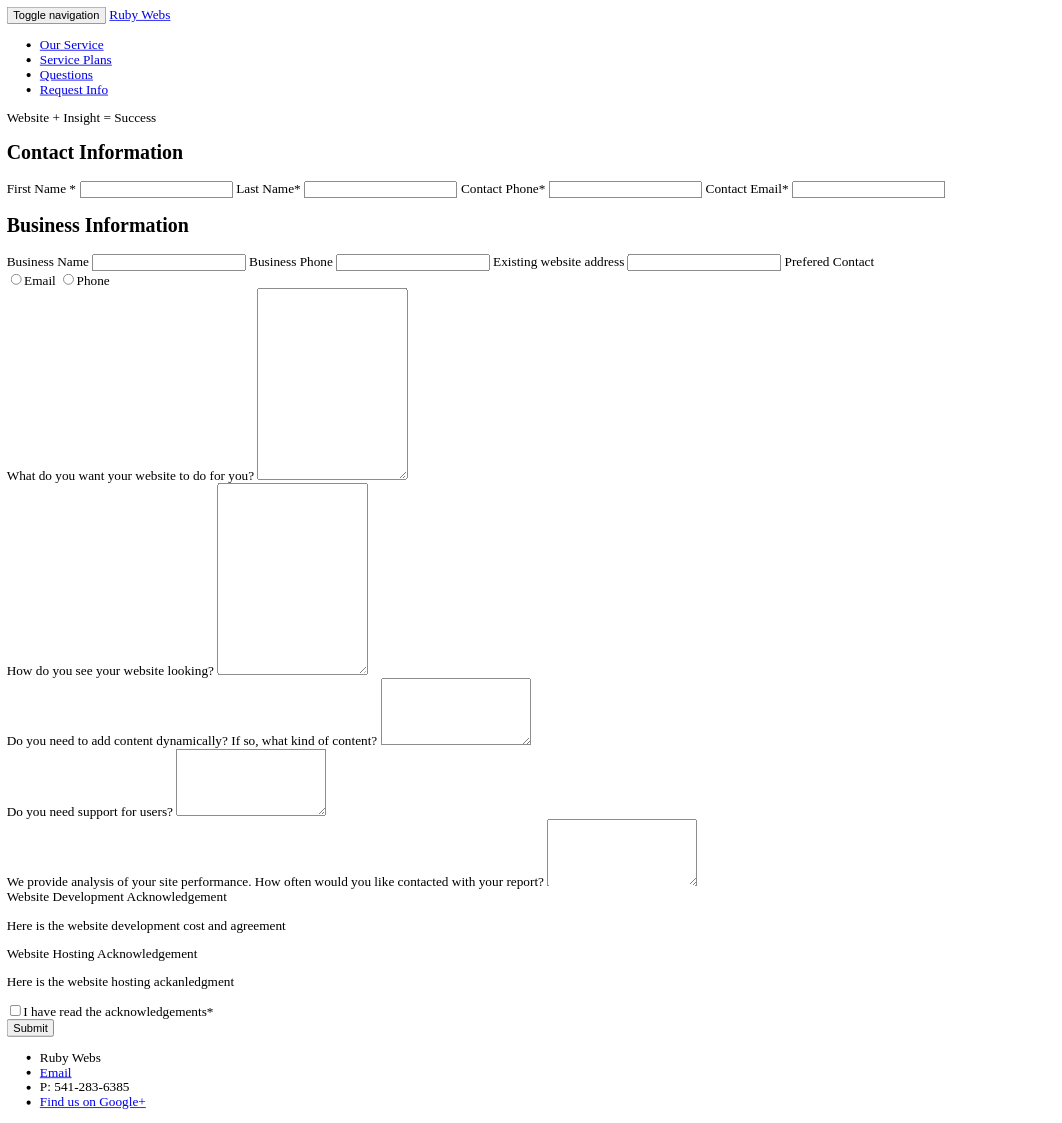
Repository: nlblunt/rubywebs
Page: app/assets/javascripts/html/request.html
The author's editor kept a record of every edit. The page is drawn from the files as they stood at one moment, then again after the next edit.
The browser window is 1280 px wide. The pictures show the whole page, at 83% of full size.

Above is the page before.

### app/assets/javascripts/html/request.html
<div class="container-fluid">
    <div class="row">
        <header>
            <nav class="navbar navbar-inverse">
                <div class="navbar-header">
                    <button type="button" class="navbar-toggle collapsed" data-toggle="collapse" data-target="#navbar-collapse-1">
                        <span class="sr-only">Toggle navigation</span>
                        <span class="icon-bar"></span>
                        <span class="icon-bar"></span>
                        <span class="icon-bar"></span>
                    </button>
                    <a id="navbar-brand-ruby" class="navbar-brand" href="/#!/">Ruby Webs</a>
                </div>

                <div class="collapse navbar-collapse" id="navbar-collapse-1">
                    <ul class="nav navbar-nav">
                        <li><a href="#">Our Service</a></li>
                        <li><a href="#">Service Plans</a></li>
                        <li><a href="#">Questions</a></li>
                        <li><a href="/#!/request">Request Info</a></li>
                    </ul>

                    <p id="slogan" class="text-ruby navbar-text pull-right">Website + Insight = Success</p>
                </div>
            </nav>
        </header>
    </div>

    <div class="content">
      <form name="contactUs">
        <div class="row">
          <div class="col-sm-6">
            <div class="form-group">
               <h2>Contact Information</h2>
               <label>First Name </label><span class="required">*</span>
               <input type="text" class="form-control" ng-model="contact.first_name" required>
               <label>Last Name</label><span class="required">*</span>
               <input type="text" class="form-control" ng-model="contact.last_name" required>
               <label>Contact Phone</label><span class="required">*</span>
               <input type="tel" class="form-control" ng-model="contact.phone" required>
               <label>Contact Email</label><span class="required">*</span>
               <input type="email" class="form-control" ng-model="contact.email" required>
            </div>
          </div>

        <div class="col-sm-6">
            <div class="form-group">
                <h2>Business Information</h2>
                <label>Business Name</label>
                <input type="text" class="form-control" ng-model="contact.business_name">
                <label>Business Phone</label>
                <input type="tel" class="form-control" ng-model="contact.business_phone">
                <label>Existing website address</label>
                <input type="text" class="form-control" ng-model="contact.business_website">
                <label>Prefered Contact</label>
                <div class="radio">
                    <label>
                        <input type="radio" name="prefcontact" value="email" ng-model="contact.prefcontact">Email
                    </label>
                    <label>
                        <input type="radio" name="prefcontact" value="phone" ng-model="contact.prefcontact">Phone
                    </label>
                </div>
            </div>
        </div>
        </div>

        <div class="row row-spacer"></div>

        <div class="row">
            <div class="col-sm-6">
                <label>What do you want your website to do for you?</label>
                <textarea class="form-control" ng-model="contact.what_it_does" rows="15"></textarea>
            </div>

            <div class ="col-sm-6">
                <label>How do you see your website looking?</label>
                <textarea class="form-control" ng-model="contact.site_layout" rows="15"></textarea>
            </div>
        </div>

        <div class="row row-spacer"></div>

        <div class="row">
          <div class="col-sm-4">
              <label>Do you need to add content dynamically?  If so, what kind of content?</label>
              <textarea class="form-control" ng-model="contact.dynamic" rows="5"></textarea>
          </div>

          <div class="col-sm-4">
              <label>Do you need support for users?</label>
              <textarea class="form-control" ng-model="contact.users" rows="5"></textarea>
          </div>

          <div class="col-sm-4">
              <label>We provide analysis of your site performance.  How often would you like contacted with your report?</label>
              <textarea class="form-control" ng-model="contact.analysis" rows="5"></textarea>
          </div>
        </div>

         <div class="row">
              <div class="col-sm-12">
                  <label>Website Development Acknowledgement</label>
                  <p>Here is the website development cost and agreement</p>

                  <label>Website Hosting Acknowledgement</label>
                  <p>Here is the website hosting ackanledgment</p>

                  <div class="checkbox">
                      <label><input type="checkbox" ng-model="contact.ack" required>I have read the acknowledgements</label><span class="required">*</span>
                  </div>

                  <button type="submit" class="btn btn-default" ng-disabled="contactUs.$invalid" ng-click="submit_contact()">Submit</button>
              </div>
         </div>
      </form>
    </div>

    <div class="row footer-background">
      <div class="row content">
      <footer>
        <div class="col-sm-4 sm-margin-bottom">
          <ul>
            <li>Ruby Webs</li>
            <li><a href="mailto:nicolas.wb@outlook.com">Email</a></li>
            <li>P: 541-283-6385</li>
            <li><a href="https://plus.google.com/111061938625311669752" rel="publisher">Find us on Google+</a></li>
          </ul>
        </div>
      </footer>
      </div>
    </div>
</div>

After the next edit:
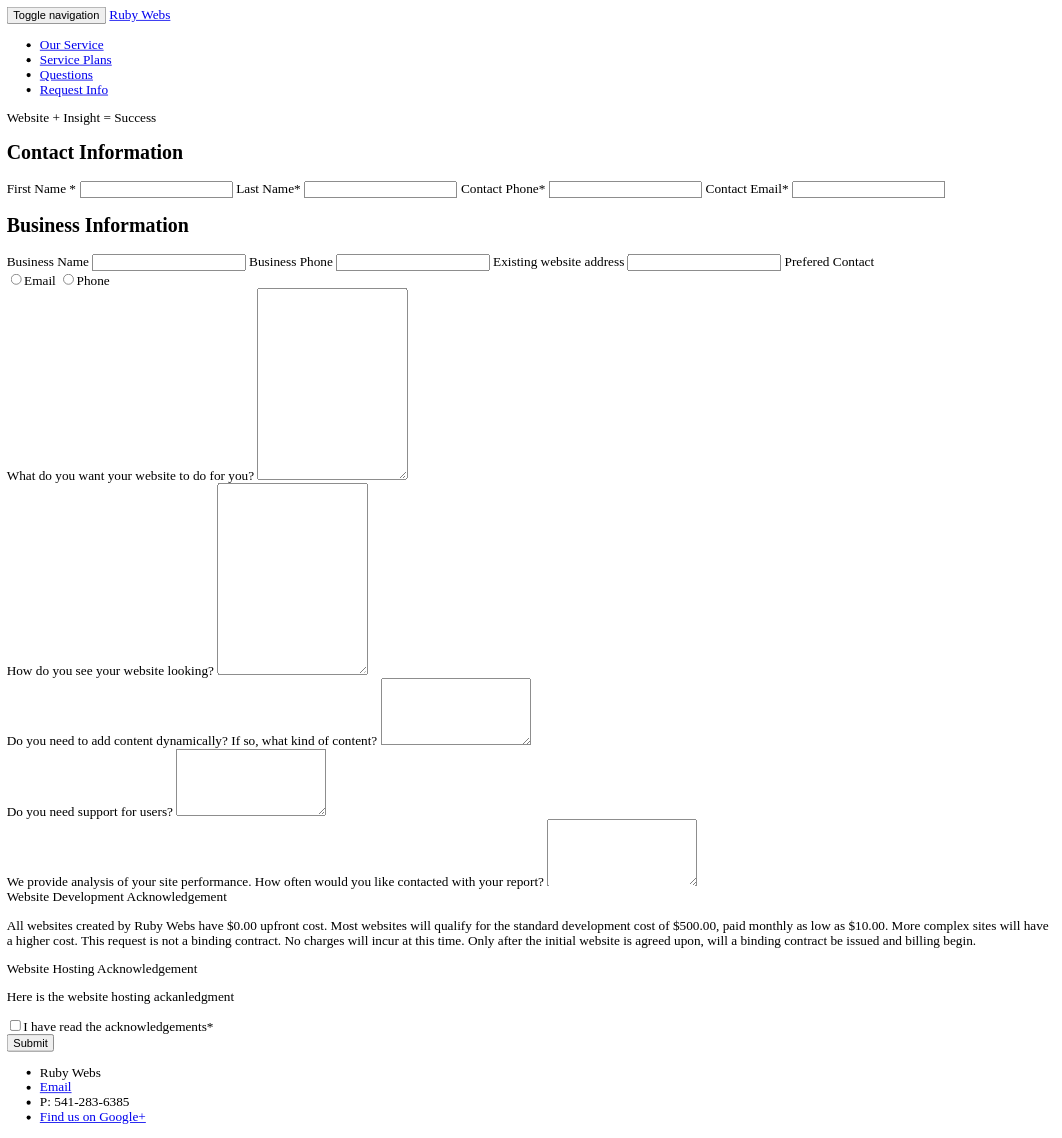
The edit:
--- a/app/assets/javascripts/html/request.html
+++ b/app/assets/javascripts/html/request.html
@@ -101,7 +101,7 @@
          <div class="row">
               <div class="col-sm-12">
                   <label>Website Development Acknowledgement</label>
-                  <p>Here is the website development cost and agreement</p>
+                  <p>All websites created by Ruby Webs have $0.00 upfront cost.  Most websites will qualify for the standard development cost of $500.00, paid monthly as low as $10.00.  More complex sites will have a higher cost.  This request is not a binding contract.  No charges will incur at this time.  Only after the initial website is agreed upon, will a binding contract be issued and billing begin.</p>
 
                   <label>Website Hosting Acknowledgement</label>
                   <p>Here is the website hosting ackanledgment</p>
